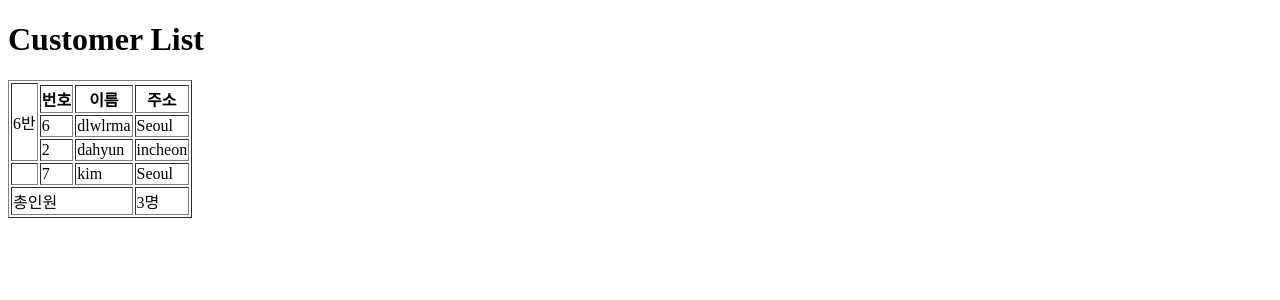
Repository: hyungju2/SSAFY_JavaPractice
Page: 20190211_HTML/web_java/HTMLProject/WebContent/html/Tabletag.html
These files come from the project's save history. The page is drawn as it stood at one moment and after the next save; the edit follows.
The browser window is 1280 px wide. The pictures show the whole page.

Above is the page before, as saved 2019-02-11 04:46:49.

### 20190211_HTML/web_java/HTMLProject/WebContent/html/Tabletag.html
<!DOCTYPE html>
<html>
<head>
<meta charset="UTF-8">
<title>Table Tag</title>
</head>
<body>
<!-- Table Tag(2차원 표) -->
<h1> Customer List</h1>

	<table border="1">
		<tr>
			<td rowspan="4">6반</td>

		</tr>
		<tr>
			<th>번호</th>
			<th>이름</th>
			<th>주소</th>
		</tr>

		<tr>
		<td>6</td>
		<td>dlwlrma</td>
		<td>Seoul</td>
		</tr>



		<tr>
		<td>2</td>
		<td>dahyun</td>
		<td>incheon</td>
		</tr>


		<tr>
		<td></td>
		<td>7</td>
		<td>kim</td>
		<td>Seoul</td>
		</tr>
		<tr>
			<td colspan="3">총인원</td>
			<td>3명</td>
		</tr>


	</table>
</body>
</html>

After the next save:
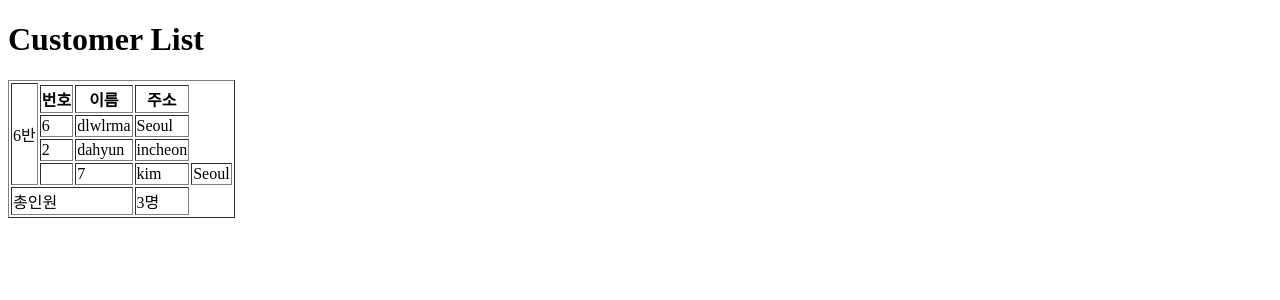
Saved 17 s later.
--- a/20190211_HTML/web_java/HTMLProject/WebContent/html/Tabletag.html
+++ b/20190211_HTML/web_java/HTMLProject/WebContent/html/Tabletag.html
@@ -10,7 +10,7 @@
 
 	<table border="1">
 		<tr>
-			<td rowspan="4">6반</td>
+			<td rowspan="5">6반</td>
 
 		</tr>
 		<tr>
